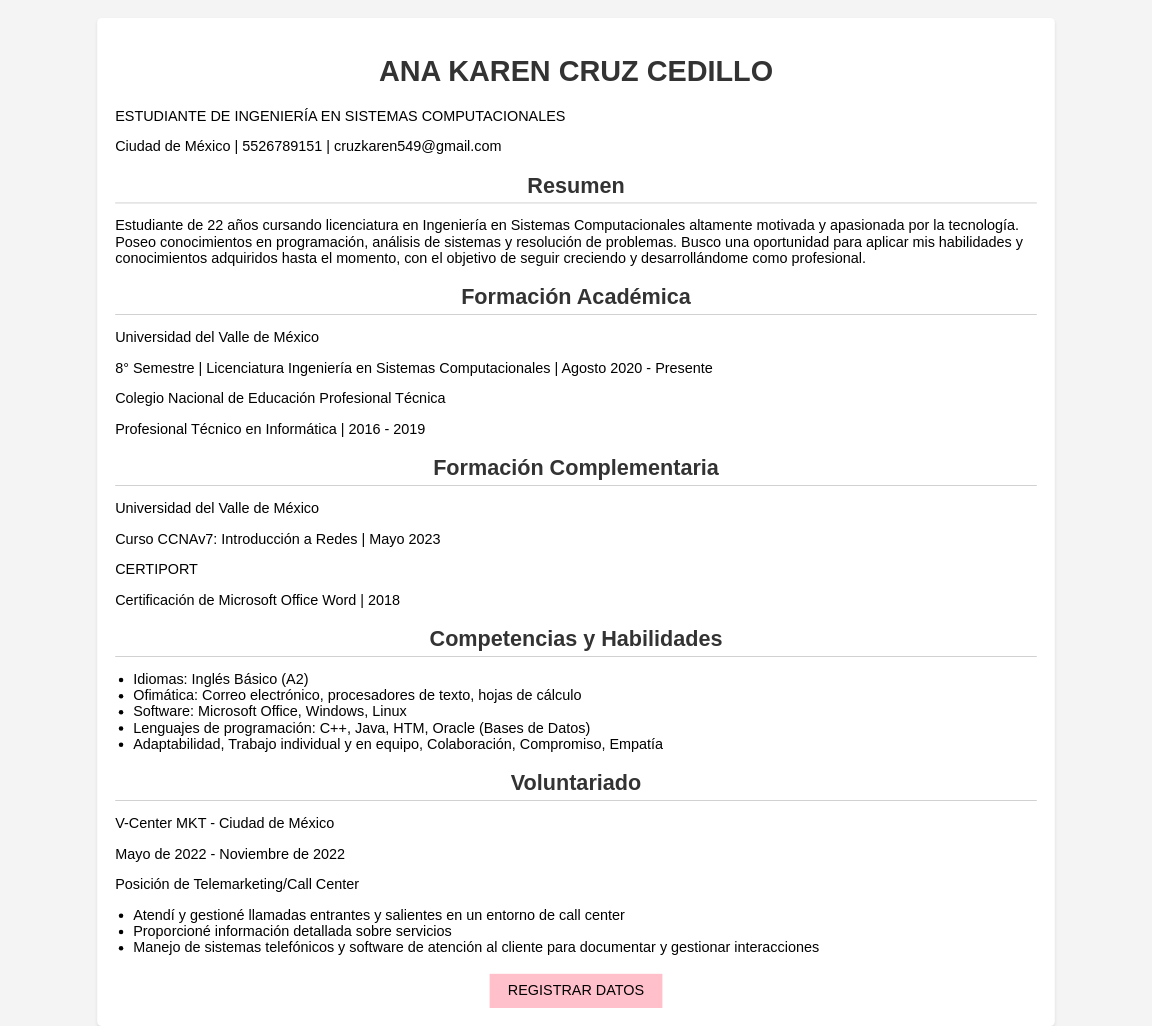
Repository: UVMCoyoacan/InnovaWeb
Page: indexcvkaren.html
The author's editor kept a copy of each file at every save. The page is drawn from the files as they stood at one save, then again after the next save.
The browser window is 1280 px wide. The pictures show the whole page, at 90% of full size.

Above is the page before, as saved 2024-03-01 10:27:22.

### indexcvkaren.html
<!DOCTYPE html>
<html lang="es">
<head>
<meta charset="UTF-8">
<meta name="viewport" content="width=device-width, initial-scale=1.0">
<link rel="stylesheet" href="stylescvkaren.css">
<title>CV de Ana Karen Cruz Cedillo</title>
</head>
<body>
    <div class="container">
        <h1>ANA KAREN CRUZ CEDILLO</h1>
        <p>ESTUDIANTE DE INGENIERÍA EN SISTEMAS COMPUTACIONALES</p>
        <p>Ciudad de México | 5526789151 | cruzkaren549@gmail.com</p>

        <div class="section">
            <h2>Resumen</h2>
            <p>Estudiante de 22 años cursando licenciatura en Ingeniería en Sistemas Computacionales altamente motivada y apasionada por la tecnología. Poseo conocimientos en programación, análisis de sistemas y resolución de problemas. Busco una oportunidad para aplicar mis habilidades y conocimientos adquiridos hasta el momento, con el objetivo de seguir creciendo y desarrollándome como profesional.</p>
        </div>

        <div class="section">
            <h2>Formación Académica</h2>
            <p>Universidad del Valle de México</p>
            <p>8° Semestre | Licenciatura Ingeniería en Sistemas Computacionales | Agosto 2020 - Presente</p>
            <p>Colegio Nacional de Educación Profesional Técnica</p>
            <p>Profesional Técnico en Informática | 2016 - 2019</p>
        </div>

        <div class="section">
            <h2>Formación Complementaria</h2>
            <p>Universidad del Valle de México</p>
            <p>Curso CCNAv7: Introducción a Redes | Mayo 2023</p>
            <p>CERTIPORT</p>
            <p>Certificación de Microsoft Office Word | 2018</p>
        </div>

        <div class="section">
            <h2>Competencias y Habilidades</h2>
            <ul>
                <li>Idiomas: Inglés Básico (A2)</li>
                <li>Ofimática: Correo electrónico, procesadores de texto, hojas de cálculo</li>
                <li>Software: Microsoft Office, Windows, Linux</li>
                <li>Lenguajes de programación: C++, Java, HTM, Oracle (Bases de Datos)</li>
                <li>Adaptabilidad, Trabajo individual y en equipo, Colaboración, Compromiso, Empatía</li>
            </ul>
        </div>

        <div class="section">
            <h2>Voluntariado</h2>
            <p>V-Center MKT - Ciudad de México</p>
            <p>Mayo de 2022 - Noviembre de 2022</p>
            <p>Posición de Telemarketing/Call Center</p>
            <ul>
                <li>Atendí y gestioné llamadas entrantes y salientes en un entorno de call center</li>
                <li>Proporcioné información detallada sobre servicios</li>
                <li>Manejo de sistemas telefónicos y software de atención al cliente para documentar y gestionar interacciones</li>
            </ul>
        </div>

        <style>
                button {
                    display: block;
                    margin: 0 auto;
                    background-color: pink;
                    border: none;
                    color: black;
                    padding: 10px 20px;
                    font-size: 16px;
                    cursor: pointer;
                }
        </style>

        <button onclick="irAFormulario()">REGISTRAR DATOS </button>

        <script>
                function irAFormulario() {
                // Aquí puedes agregar el código para redirigir al usuario al formulario de contacto
                window.location.href = "indexformu.html";
            }
        </script>

</body>
</html>

### stylescvkaren.css
body {
    font-family: Arial, sans-serif;
    margin: 0;
    padding: 0;
    background-color: #f4f4f4;
}

.container {
    width: 80%;
    margin: auto;
    padding: 20px;
    background-color: #fff;
    box-shadow: 0 2px 4px rgba(0,0,0,0.1);
    border-radius: 5px;
    margin-top: 20px;
}

h1, h2 {
    color: #333;
    text-align: center;
}

p {
    margin-bottom: 10px;
}

.section {
    margin-bottom: 20px;
}

.section h2 {
    border-bottom: 1px solid #ccc;
    padding-bottom: 5px;
    margin-bottom: 10px;
}

ul {
    padding-left: 20px;
}

After the next save:
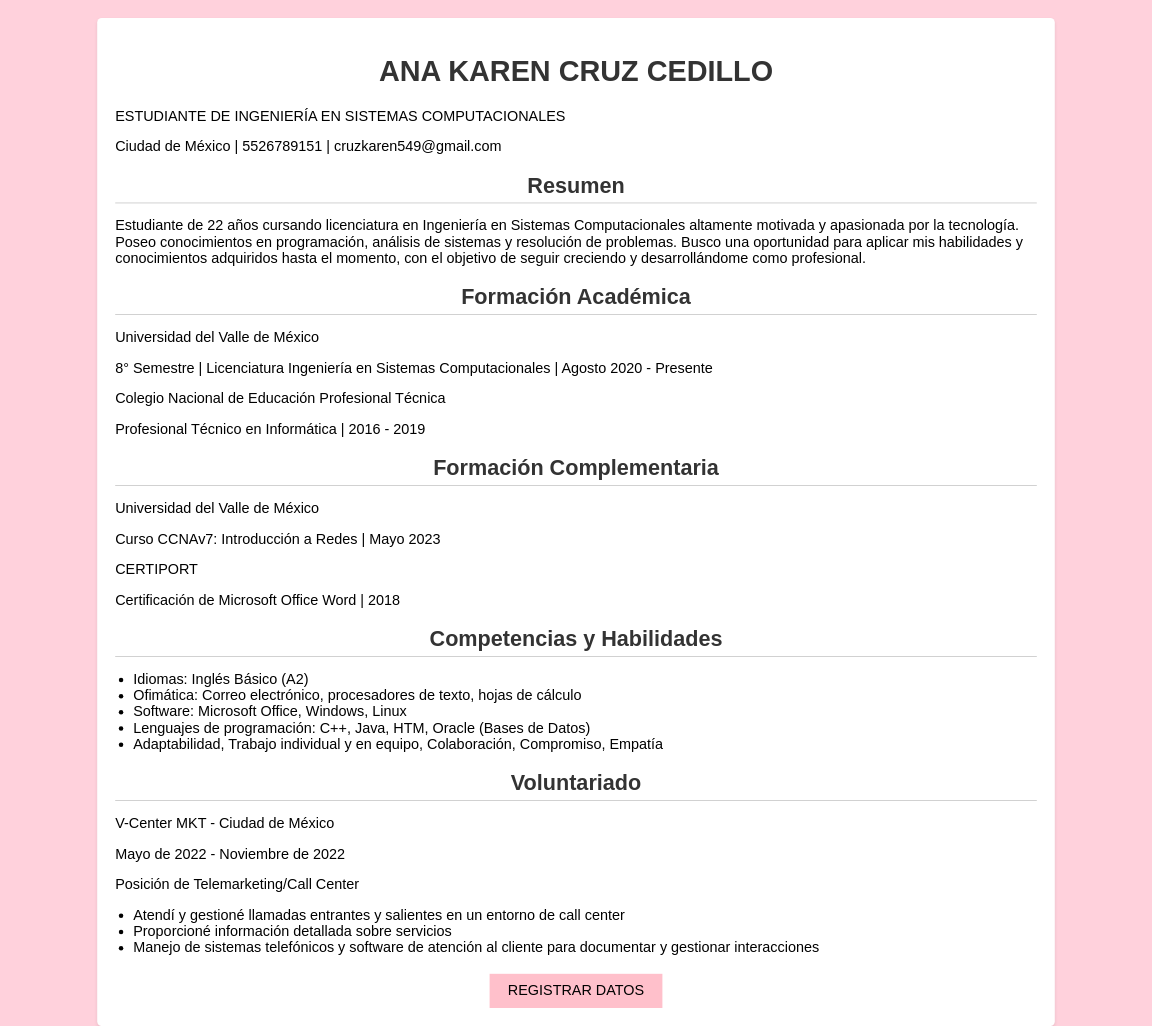
Saved 107 s later.
--- a/stylescvkaren.css
+++ b/stylescvkaren.css
@@ -1,9 +1,19 @@
 body {
+    background-color: #ffd1dc;
     font-family: Arial, sans-serif;
     margin: 0;
     padding: 0;
-    background-color: #f4f4f4;
 }
+
+.container {
+    width: 80%;
+    margin: 0 auto;
+    padding: 20px;
+    background-color: white;
+    border-radius: 10px;
+    box-shadow: 0 0 10px rgba(0, 0, 0, 0.1);
+}
+
 
 .container {
     width: 80%;
